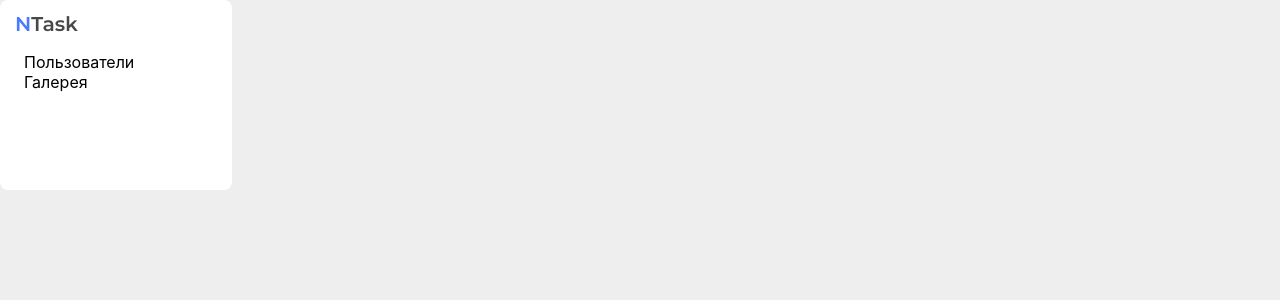
Repository: Grid-Master/NTask
Page: /
An editor plug-in stored every save of this project. The page is shown before and after the next save, followed by the edit.
The browser window is 1280 px wide. The pictures show the whole page.
The project was rebuilt for these pictures with package versions that can differ from the ones it lists, and the page was loaded fresh each time.

Above is the page before, as saved 2023-06-02 15:24:31.

### src/index.css
body {
  margin: 0;
  font-family: -apple-system, BlinkMacSystemFont, 'Segoe UI', 'Roboto', 'Oxygen',
    'Ubuntu', 'Cantarell', 'Fira Sans', 'Droid Sans', 'Helvetica Neue',
    sans-serif;
  -webkit-font-smoothing: antialiased;
  -moz-osx-font-smoothing: grayscale;
  background: #EEEEEE;
}

code {
  font-family: source-code-pro, Menlo, Monaco, Consolas, 'Courier New',
    monospace;
}

### src/App.tsx
import './App.css';
import Navbar from './components/navabar/Navbar';

function App() {
  return (
    <div className="App">
      <Navbar />
    </div>
  );
}

export default App;

### src/components/navabar/Navbar.tsx
import { FC } from 'react';
import './navbar.sass';
const logo = require('../../images/logo.png');

const Navbar: FC = () => {
  return (
    <div className="navbar">
      <div className="navbar__imagecontainer">
        <img src={logo} alt="logo" />
      </div>
      <div className="navbar__item">Пользователи</div>
      <div className="navbar__item">Галерея</div>
    </div>
  );
};

export default Navbar;

### src/components/navabar/navbar.sass
.navbar
    width: 200px
    height: 158px
    background: #FFFFFF
    border-radius: 8px
    padding: 16px
    &__imagecontainer
        margin-bottom: 16px
    &__item
        padding: 0 8px

Loaded but not shown: public/index.html (common file); src/index.tsx (common file); src/App.css (common file)

After the next save:
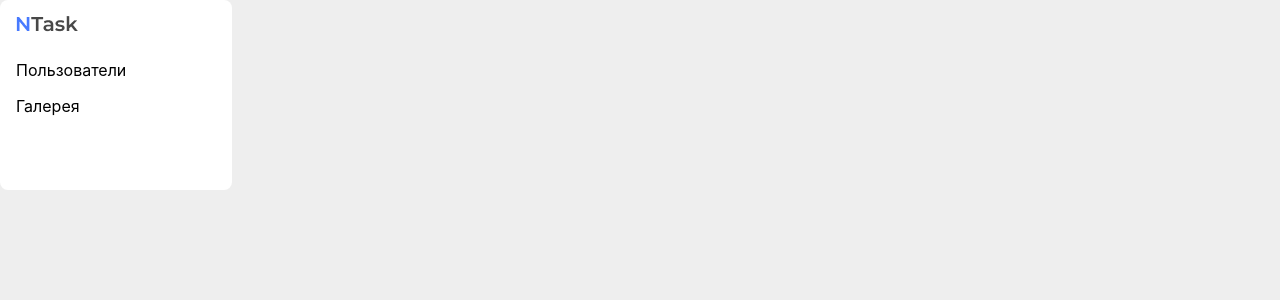
Saved 17 s later.
--- a/src/components/navabar/navbar.sass
+++ b/src/components/navabar/navbar.sass
@@ -7,4 +7,4 @@
     &__imagecontainer
         margin-bottom: 16px
     &__item
-        padding: 0 8px
+        padding: 8px 0
